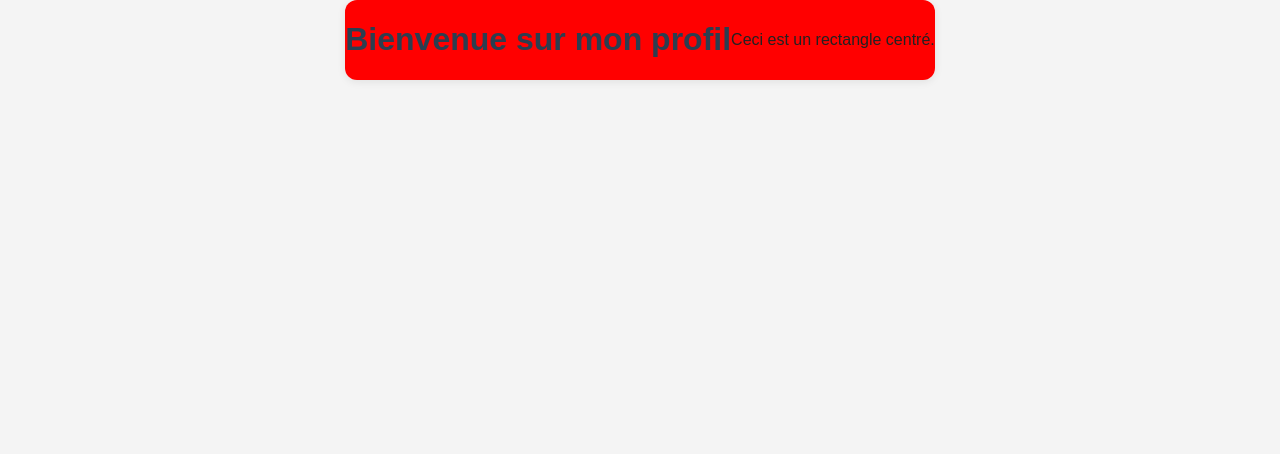
Repository: quadrinex/profile
Page: index.html
These files come from the project's save history. The page is drawn as it stood at one moment and after the next save; the edit follows.
The browser window is 1280 px wide. The pictures show the whole page.

Above is the page before, as saved 2025-06-30 16:06:01.

### index.html
<!DOCTYPE html>
<html lang="fr">
<head>
    <meta charset="UTF-8">
    <meta name="viewport" content="width=device-width, initial-scale=1.0">
    <title>Mon Profil</title>
    <link rel="stylesheet" href="main.css">
</head>
<body>
    <!-- ...votre contenu ici... -->
    <div class="container">
        <h1>Bienvenue sur mon profil</h1>
        <p>Ceci est un rectangle centré.</p>
    </div>
</body>
</html>

### main.css
body {
    font-family: Arial, sans-serif;
    background: #f4f4f4;
    margin: 0;
    padding: 0;
    color: #222;
}

h1, h2, h3 {
    color: #2c3e50;
}

a {
    color: #3498db;
    text-decoration: none;
}

a:hover {
    text-decoration: underline;
}

.container {
    max-width: fit-content;
    margin: auto;
    background: #ff0000;
    border-radius: 12px;
    box-shadow: 0 2px 8px rgba(0,0,0,0.08);
    display: flex;
    justify-content: center;
    align-items: center;
}

After the next save:
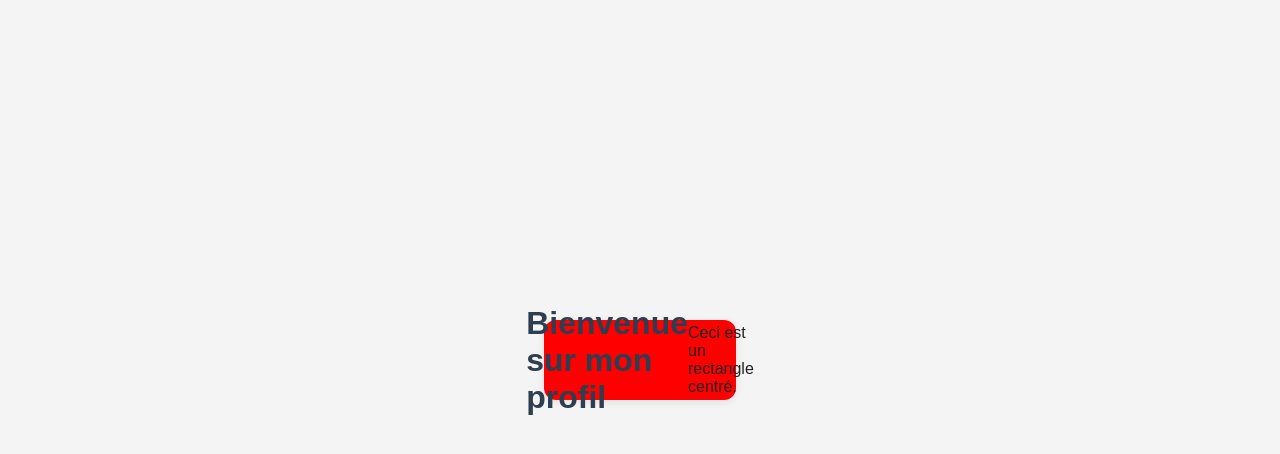
Saved 48 s later.
--- a/main.css
+++ b/main.css
@@ -28,4 +28,11 @@
     display: flex;
     justify-content: center;
     align-items: center;
+    position: fixed;
+    inset: 0px;
+    width: 12rem;
+    height: 5rem;
+    max-width: 100vw;
+    max-height: 100dvh;
+    margin: auto;
 }
